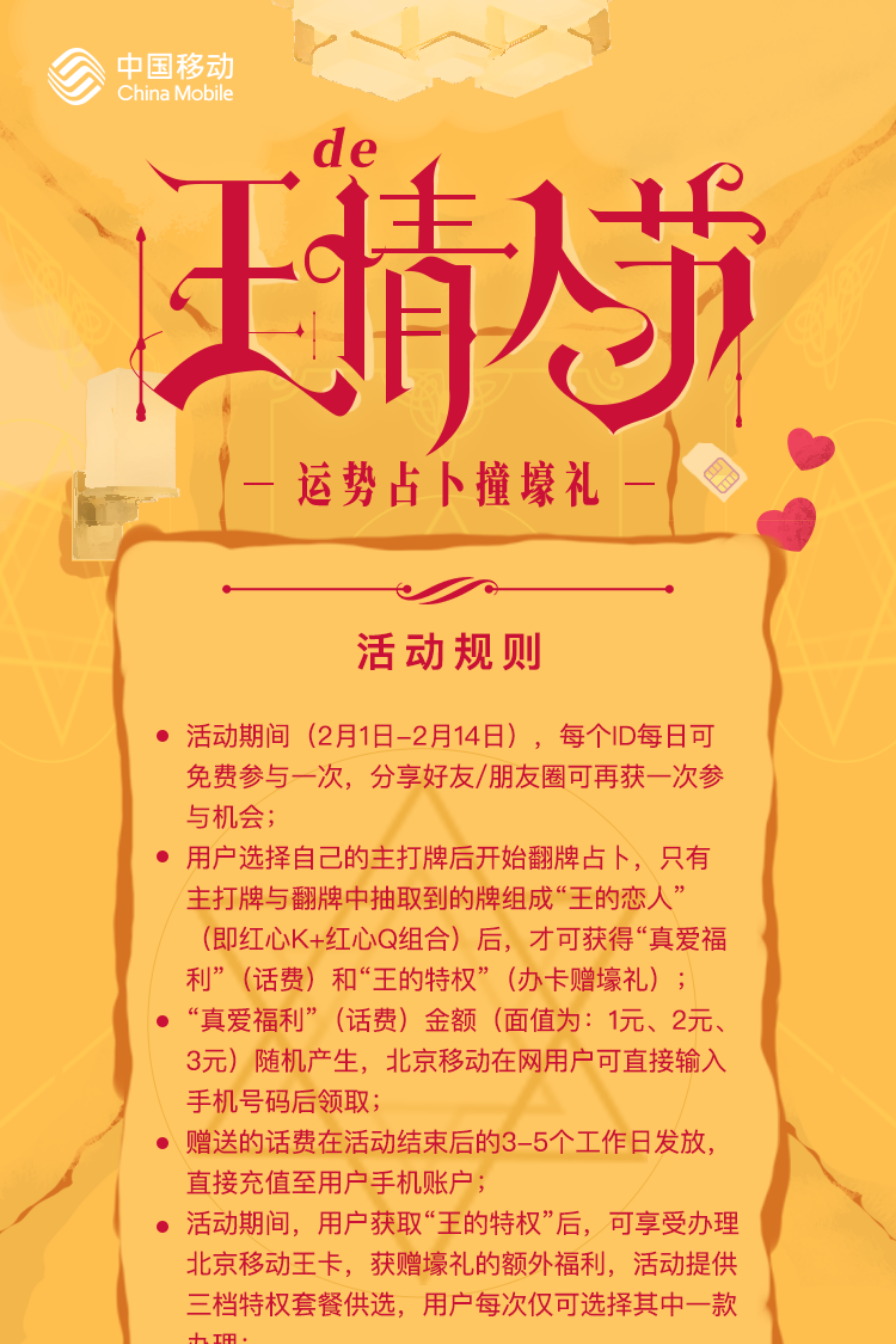
Repository: wangbiaozy/12.19
Page: lj.html
An editor plug-in stored every save of this project. The page is shown before and after the next save, followed by the edit.
The browser window is 1280 px wide. The pictures show the part of the page from y = 0 to 1920 px (the page is 3627 px tall before and 720 px after), at 70% of full size.

Above is the page before, as saved 2018-12-18 18:32:11.

### lj.html
<!DOCTYPE html>
<html lang="en">

<head>
    <meta charset="UTF-8">
    <meta name="viewport" content="width=device-width, initial-scale=1.0, maximum-scale=1.0, minimum-scale=1.0, user-scalable=no, viewport-fit=cover">
    <meta http-equiv="X-UA-Compatible" content="ie=edge">
    <title>Document</title>
    <link rel="stylesheet" href="css/reset.min.css">
    <link rel="stylesheet/less" href="css/rule.less">
    <script src="js/less-1.7.0.min.js"></script>
</head>
<body>
    <section class="wrap">
        <header></header>
        <main></main>
        <section></section>
        <footer>
            <a href="./wangka.html">了解一下</a>
            <a href="./index.html">开始占卜</a>
        </footer>
    </section>
</body>
</html>
<script src="js/jquery-1.10.1.min.js"></script>
<script src="js/index.js"></script>

### css/reset.min.css
@charset "utf-8";
/*默认样式清除和初始化*/
body,h1,h2,h3,h4,h5,h6,hr,p,blockquote,dl,dt,dd,ul,ol,li,button,input,textarea,th,td{margin:0;padding:0}body{font-size:12px;font-style:normal;font-family:"\5FAE\8F6F\96C5\9ED1",Helvetica,sans-serif}small{font-size:12px}h1{font-size:18px}h2{font-size:16px}h3{font-size:14px}h4,h5,h6{font-size:100%}ul,ol{list-style:none}a{text-decoration:none;background-color:transparent}a:hover,a:active{outline-width:0;text-decoration:none}table{border-collapse:collapse;border-spacing:0}hr{border:0;height:1px}img{border-style:none}img:not([src]){display:none}svg:not(:root){overflow:hidden}html{-webkit-touch-callout:none;-webkit-text-size-adjust:100%}input,textarea,button,a{-webkit-tap-highlight-color:rgba(0,0,0,0)}article,aside,details,figcaption,figure,footer,header,main,menu,nav,section,summary{display:block}audio,canvas,progress,video{display:inline-block}audio:not([controls]),video:not([controls]){display:none;height:0}progress{vertical-align:baseline}mark{background-color:#ff0;color:#000}sub,sup{position:relative;font-size:75%;line-height:0;vertical-align:baseline}sub{bottom:-0.25em}sup{top:-0.5em}button,input,select,textarea{font-size:100%;outline:0}button,input{overflow:visible}button,select{text-transform:none}textarea{overflow:auto}button,html [type="button"],[type="reset"],[type="submit"]{-webkit-appearance:button}button::-moz-focus-inner,[type="button"]::-moz-focus-inner,[type="reset"]::-moz-focus-inner,[type="submit"]::-moz-focus-inner{border-style:none;padding:0}button:-moz-focusring,[type="button"]:-moz-focusring,[type="reset"]:-moz-focusring,[type="submit"]:-moz-focusring{outline:1px dotted ButtonText}[type="checkbox"],[type="radio"]{box-sizing:border-box;padding:0}[type="number"]::-webkit-inner-spin-button,[type="number"]::-webkit-outer-spin-button{height:auto}[type="search"]{-webkit-appearance:textfield;outline-offset:-2px}[type="search"]::-webkit-search-cancel-button,[type="search"]::-webkit-search-decoration{-webkit-appearance:none}::-webkit-input-placeholder{color:inherit;opacity:.54}::-webkit-file-upload-button{-webkit-appearance:button;font:inherit}.clear:after{display:block;height:0;content:"";clear:both}
*{ -webkit-tap-highlight-color: rgba(0,0,0,0);-webkit-tap-highlight-color: transparent; /* For some Androids */ }

### js/index.js
(function (doc, win) {
    var docEl = doc.documentElement,
        resizeEvt = 'orientationchange' in window ? 'orientationchange' : 'resize',
        recalc = function () {
            var clientWidth = docEl.clientWidth;
            if (!clientWidth) return;
            docEl.style.fontSize = 100 * (clientWidth / 750) + 'px';
        };
    if (!doc.addEventListener) return;
    win.addEventListener(resizeEvt, recalc, false);
    doc.addEventListener('DOMContentLoaded', recalc, false);
})(document, window);
$(function () {


    //显示遮罩层
    function showMask(){
        $("#mask").css("height",$(document).height());
        $("#mask").css("width",$(document).width());
        $("#mask").show();
    }
    //隐藏遮罩层
    function hideMask(){
        $("#mask").hide();
    }
});

Loaded but not shown: js/less-1.7.0.min.js (library); js/jquery-1.10.1.min.js (library)

After the next save:
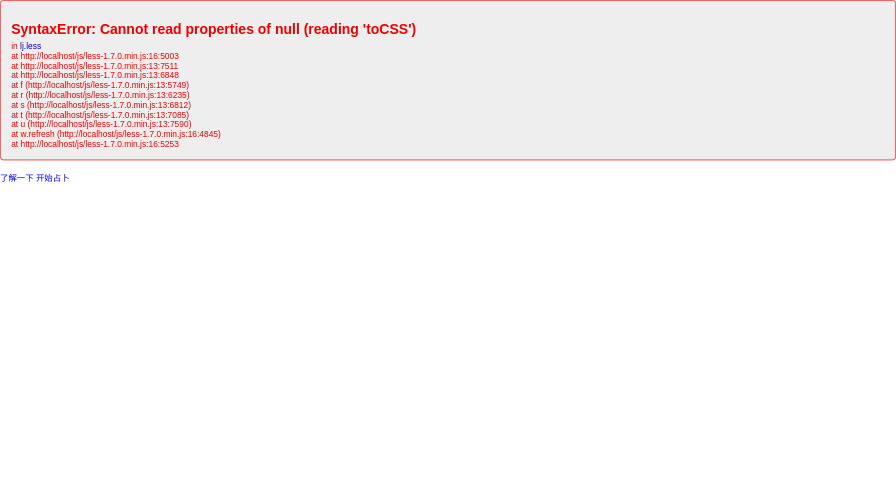
Saved 4 s later.
--- a/lj.html
+++ b/lj.html
@@ -7,7 +7,7 @@
     <meta http-equiv="X-UA-Compatible" content="ie=edge">
     <title>Document</title>
     <link rel="stylesheet" href="css/reset.min.css">
-    <link rel="stylesheet/less" href="css/rule.less">
+    <link rel="stylesheet/less" href="css/lj.less">
     <script src="js/less-1.7.0.min.js"></script>
 </head>
 <body>
